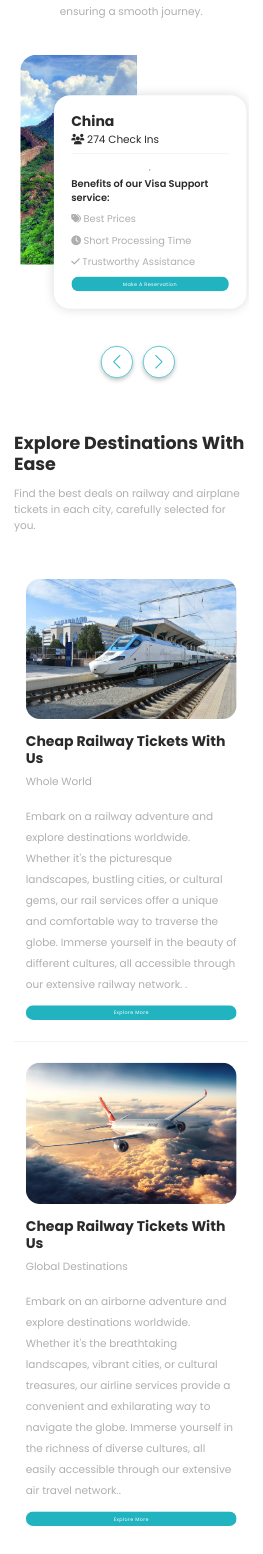
Repository: asadbekdev07/asadbekdev-zamontour-react
Page: /
The author's editor kept a copy of each file at every save. The page is drawn from the files as they stood at one save, then again after the next save.
The browser window is 375 px wide. The pictures show the part of the page from y = 1503 to 3743 px (the page is 3723 px tall before and 3743 px after), at 70% of full size.
The project was rebuilt for these pictures with package versions that can differ from the ones it lists, and the page was loaded fresh each time. Also part of the build but not shown: vite.config.js.

Above is the page before, as saved 2024-05-26 18:49:51.

### index.html
<!doctype html>
<html lang="en">
  <head>
    <meta charset="UTF-8" />
    <link rel="icon" type="image/svg+xml" href="/vite.svg" />
    <meta name="viewport" content="width=device-width, initial-scale=1.0" />
    <title>Vite + React</title>
    <link rel="stylesheet" href="https://cdnjs.cloudflare.com/ajax/libs/font-awesome/6.5.2/css/all.min.css" integrity="sha512-SnH5WK+bZxgPHs44uWIX+LLJAJ9/2PkPKZ5QiAj6Ta86w+fsb2TkcmfRyVX3pBnMFcV7oQPJkl9QevSCWr3W6A==" crossorigin="anonymous" referrerpolicy="no-referrer" />

  </head>
  <body>
    <div id="root"></div>
    <script type="module" src="/src/main.jsx"></script>
  </body>
</html>

### src/main.jsx
import React from 'react'
import ReactDOM from 'react-dom/client'
import App from './assets/components/App'
import './assets/styles/index.css'
import './i18n'

ReactDOM.createRoot(document.getElementById('root')).render(
  <React.StrictMode>
    <App />
  </React.StrictMode>,
)

### src/assets/components/App.jsx
import Destination from "./Destination"
import Offers from "./Offers"
import SiteHeader from "./Site-header"
import SliderHero from "./Slider-hero"
import Visa from "./Visa"

function App() {

  return (
    <>
      <SiteHeader />
      <SliderHero />
      <Offers />
      <Visa />
      <Destination />
    </>
  )
}

export default App

### src/assets/styles/index.css
/* CUSTOM PROPS */
:root {
  --primary-color: #22b3c1;
  --primary-bg-color: #ffffff;
  --border-color: #eeeeee;
  --secondary-text-color: #2a2a2a;
  --grayish-text-color: #afafaf;
  --form-border-color: #e0e0e0;
}

/* FONT-FACE  */
@font-face {
  font-family: "Poppins";
  src: url("../fonts/Poppins-Regular.woff2") format("woff2"), url("../fonts/Poppins-Regular.woff") format("woff");
  font-weight: normal;
  font-style: normal;
  font-display: swap;
}
@font-face {
  font-family: "Poppins";
  src: url("../fonts/Poppins-BoldItalic.woff2") format("woff2"), url("../fonts/Poppins-BoldItalic.woff") format("woff");
  font-weight: bold;
  font-style: italic;
  font-display: swap;
}
@font-face {
  font-family: "Poppins";
  src: url("../fonts/Poppins-SemiBold.woff2") format("woff2"), url("../fonts/Poppins-SemiBold.woff") format("woff");
  font-weight: 600;
  font-style: normal;
  font-display: swap;
}
@font-face {
  font-family: "Poppins";
  src: url("../fonts/Poppins-Medium.woff2") format("woff2"), url("../fonts/Poppins-Medium.woff") format("woff");
  font-weight: 500;
  font-style: normal;
  font-display: swap;
}
@font-face {
  font-family: "Poppins";
  src: url("../fonts/Poppins-Bold.woff2") format("woff2"), url("../fonts/Poppins-Bold.woff") format("woff");
  font-weight: bold;
  font-style: normal;
  font-display: swap;
}

/* GLOBAL  */
html {
  box-sizing: border-box;
  height: 100%;
  scroll-behavior: smooth;
}

*,
*::before,
*::after {
  box-sizing: inherit;
}

:focus {
  outline: 2px dotted var(--primary-color);
  outline-offset: 3px;
}

body {
  display: flex;
  flex-direction: column;
  height: 100%;
  padding: 0;
  margin: 0;
  font-weight: 400;
  font-family: "Poppins", "Arial", sans-serif;
  font-size: 15px;
  background-color: #ffffff;
  color: var(--grayish-text-color);
}

img {
  max-width: 100%;
  height: auto;
}

/* AUTOFILL-STYLES */
/*input:-webkit-autofill,
input:-webkit-autofill:hover,
input:-webkit-autofill:focus,
textarea:-webkit-autofill,
textarea:-webkit-autofill:hover,
textarea:-webkit-autofill:focus,
select:-webkit-autofill,
select:-webkit-autofill:hover,
select:-webkit-autofill:focus {
  border-color: transparent;
  -webkit-text-fill-color: inherit;
  -webkit-box-shadow: 0 0 0px 1000px #fff inset;
}*/


/* PLACEHOLDER-STYLES */
/*::-webkit-input-placeholder,
::-moz-placeholder,
:-ms-input-placeholder,
:-moz-placeholder {
  color: rgba(52, 49, 61, 0.5);
  opacity: 1;
}*/


/* VISUALLY-HIDDEN */
.visually-hidden {
  position: absolute;
  width: 1px;
  height: 1px;
  margin: -1px;
  border: 0;
  padding: 0;
  clip: rect(0 0 0 0);
  overflow: hidden;
}


/* CONTAINER  */
.container {
  width: 100%;
  max-width: 1200px;
  padding-left: 20px;
  padding-right: 20px;
  margin-left: auto;
  margin-right: auto;
}

/* MAIN-CONTENT  */
.main-content {
  flex-grow: 1;
}

/* BUTTON  */
.button {
  padding: 13px 30px;
  margin: 0;
  display: inline-block;
  border-radius: 25px;
  font-weight: 500;
  line-height: 21px;
  font-size: 14px;
  letter-spacing: 0.5px;
  transition: color 0.4s ease;
  text-transform: capitalize;
  border: 1px solid transparent;
  background-color: #22b3c1;
  color: #ffffff;
  overflow: hidden;
  text-decoration: none;
  cursor: pointer;
  white-space: nowrap;
  text-align: center;
}
.button:hover {
  opacity: 0.8;
}
.button:active {
  opacity: 0.6;
}

.button--arrow {
  color: #22b3c1;
  transition: all 0.5s ease;
  text-decoration: none;
}

.button--white {
  background-color: #ffffff;
  color: #22b3c1;
}
.button--white:hover {
  background-color: #22b3c1;
  color: #ffffff;
  opacity: 1;
}

.button--form {
  width: 100%;
  display: block;
}

.button--cta {
  border: 1px solid #e0e0e0;
}
.button--cta:hover {
  background-color: #ffffff;
  color: #22b3c1;
  opacity: 1;
}

/* SITE-HEADER  */
.site-header {
  position: relative;
  padding: 15px 20px;
  background-color: var(--primary-color);
}

.site-header :focus {
  outline: 2px dotted var(--primary-bg-color);
  outline-offset: 3px;
}

.site-header__container {
  display: flex;
  align-items: center;
  justify-content: space-between;
}

.site-header__sitenav {
  display: flex;
  align-items: center;
  justify-content: space-between;
}

.sitenav__list {
  padding: 0;
  margin: 0;
  list-style: none;
  display: flex;
  align-items: center;
}

.sitenav__item {
  margin-right: 30px;
}

.sitenav__link {
  text-decoration: none;
  color: var(--primary-bg-color);
  transition: color 0.4s ease;
}

.sitenav__link:hover {
  color: var(--secondary-text-color);
}

.sitenav__link:active {
  opacity: 0.6;
}

.lang {
  margin: 0;
  padding: 0;
  list-style: none;
  display: flex;
  align-items: center;
}

.lang__item {
  margin-right: 30px;
}

.lang__link {
  text-decoration: none;
  color: var(--primary-bg-color);
  transition: color 0.4s ease;
}

.lang__link:hover {
  color: var(--secondary-text-color);
}

.lang__link:active {
  opacity: 0.6;
}

.social {
  margin: 0;
  padding: 0;
  list-style: none;
  display: flex;
  align-items: center;
}

.social__item:not(:last-child) {
  margin-right: 30px;
}

.social__link {
  display: block;
  text-decoration: none;
}

.social__icon {
  display: block;
  color: var(--primary-bg-color);
}

.fa-telegram {
  transition: color 0.4s ease;
}

.fa-instagram {
  transition: color 0.4s ease;
}

.fa-telegram:hover {
  color: var(--secondary-text-color)
}

.fa-instagram:hover {
  color: var(--secondary-text-color)
}

.site-header__toggler {
  display: none;
  width: 24px;
  height: 22px;
  border: 0;
  background-color: transparent;
  padding: 0;
  margin: 0;
  color: var(--primary-bg-color);
}

/* SLIDER-HERO  */
.slider {
  background-position: center;
  background-repeat: no-repeat;
  background-size: cover;
}

.slider__container {
  width: 90%;
  padding-top: 90px;
  padding-bottom: 90px;
  display: flex;
  flex-direction: column;
  align-items: center;
}

.slider__top {
  padding-top: 50px;
  width: 100%;
  text-align: center;
}

.slider__top-heading {
  margin-top: 0;
  margin-bottom: 20px;
  font-weight: 500;
  font-size: 20px;
  color: var(--primary-bg-color);
}

.slider__top-city {
  margin-top: 0;
  margin-bottom: 30px;
  font-weight: 700;
  font-size: 50px;
  color: var(--primary-bg-color);
}

.slider__bottom {
  width: 100%;
}

.list {
  padding: 0;
  margin: 0;
  list-style: none;
  padding: 30px 60px;
  margin-top: 40px;
  display: flex;
  align-items: center;
  justify-content: space-between;
  border-radius: 60px;
  background-color: var(--primary-bg-color);
}

.list__item-inner {
  display: flex;
  align-items: center;
}
.list__item-inner .fa {
  display: flex;
  align-items: center;
  justify-content: center;
  margin-right: 20px;
  width: 60px;
  height: 60px;
  border-radius: 50%;
  line-height: 50px;
  font-size: 25px;
  text-align: center;
  border: 1px solid var(--primary-color);
  color: var(--primary-color);
}

.list__subheading {
  margin: 0;
  font-weight: 700;
  font-size: 20px;
  line-height: 28px;
  color: var(--primary-color);
}
.list__subheading span {
  font-weight: 400;
  font-size: 15px;
  color: var(--grayish-text-color);
}

.lang__link.selected {
  font-weight: bold;
  color: var(--primary-color);
  text-decoration: underline;
}

/* OFFERS  */
.offers,
.visa {
  position: relative;
  padding-top: 80px;
  padding-bottom: 80px;
}

.offers__content,
.visa__content {
  width: 70%;
  margin-left: 15%;
  margin-right: 15%;
  margin-bottom: 50px;
  text-align: center;
}

.offers__title,
.visa__title {
  margin-top: 0;
  margin-bottom: 20px;
  font-weight: 700;
  font-size: 30px;
  line-height: 36px;
  text-transform: capitalize;
  color: var(--secondary-text-color);
}

.offers__description,
.visa__description {
  line-height: 30px;
}

.offers__card,
.visa__card {
  width: 350px;
  height: 420px;
  border-radius: 8px;
  display: flex;
  cursor: pointer;
  align-items: center;
  justify-content: center;
  flex-direction: column;
  position: relative;
}

.offers__img,
.visa__img {
  height: 300px;
  padding-right: 150px;
  padding-bottom: 120px;
  border-top-left-radius: 23px;
  border-bottom-left-radius: 23px;
}


.visa__img {
  width: 50%;
  object-fit: cover;
}

.inner {
  position: absolute;
  right: 1%;
  display: flex;
  flex-direction: column;
  justify-content: center;
  position: absolute;
  z-index: 10000;
  width: 250px;
  padding: 25px;
  border-radius: 23px;
  box-shadow: 0px 0px 15px rgba(0, 0, 0, 0.15);
  background-color: var(--primary-bg-color);
}

.inner__top {
  display: flex;
  align-items: center;
  justify-content: space-between;
  padding-bottom: 10px;
  position: relative;
  margin-bottom: 15px;
  border-bottom: 1px solid #eee;
}

.inner__top h4 {
  font-size: 20px;
  line-height: 24px;
  color: var(--secondary-text-color);
  margin: 0;
}

.inner__top h6 {
  margin: 0;
  font-weight: 700;
  font-size: 20px;
  line-height: 24px;
  color: var(--primary-color);
}
.inner__top span {
  font-weight: 400;
  font-size: 15px;
  line-height: 18px;
}

.inner__list {
  margin: 0;
  padding: 0;
  list-style: none;
  margin-bottom: 10px;
}

.inner__list li:not(:last-child) {
  margin-bottom: 10px;
}

.inner__list li:not(:first-child) {
  font-size: 14px;
  line-height: 21px;
  color: var(--grayish-text-color);
}

.inner__list-title {
  font-weight: 600;
  font-size: 14px;
  line-height: 20px;
  color: var(--secondary-text-color);
}

.swiper-buttons {
  display: flex;
  justify-content: center;
  position: absolute;
  left: 42%;
  bottom: 10%; /* Adjust as needed */
  width: 15%;
}

.swiper-button-next,
.swiper-button-prev {
  width: 46px;
  height: 46px;
  border-radius: 50%;
  border: 1.5px solid var(--primary-color);
  background-color: var(--primary-bg-color);
  color: var(--primary-color);
  text-align: center;
  line-height: 44px;
  cursor: pointer;
  box-shadow: 0 3px 6px rgba(0, 0, 0, 0.23);
  margin: 0 15px;
  font-size: 20px;
}

.swiper-button-next:hover,
.swiper-button-prev:hover {
  background-color: var(--primary-color);
  color: var(--primary-bg-color);
}

.swiper-button-next::after,
.swiper-button-prev::after {
  font-size: 20px; /* Custom size for the arrow icons */
}

/* DESTINATION  */
.destination {
  padding: 40px;
}

.destination__top {
  width: 100%;
  max-width: 450px;
  margin-bottom: 65px;
}

.destination__top-heading {
  margin: 0;
  margin-bottom: 20px;
  font-weight: 700;
  font-size: 30px;
  line-height: 36px;
  color: #2a2a2a;
}

.destination__top-description {
  margin: 0;
  line-height: 30px;
}

.destination__list {
  padding: 0;
  margin: 0;
  list-style: none;
}

.destination__item {
  display: flex;
}
.destination__item:not(:last-child) {
  padding-bottom: 30px;
  margin-bottom: 30px;
  border-bottom: 1px solid #eeeeee;
}

.destination__img {
  margin-right: 24px;
  border-radius: 20px;
}

.destination__inner {
  width: 75%;
  position: relative;
}

.destination__inner-heading {
  margin: 0;
  margin-bottom: 6px;
  font-weight: 700;
  font-size: 20px;
  line-height: 24px;
  color: #2a2a2a;
}

.destination__inner-span {
  line-height: 30px;
}

.button__wrapper {
  position: absolute;
  top: 0;
  right: 0;
}

.destination__inner-description {
  margin: 0;
  margin-top: 20px;
  line-height: 30px;
}

.destination__responsive-button {
  display: none;
}

@media only screen and (min-width: 1000px) and (max-width: 1200px) {
  .offers__card {
    width: 30%;
  }

  .offers__img {
    height: 300px;
    padding-right: 85px;
    padding-bottom: 120px;
  }

  .inner {
    width: 210px;
    padding: 21px;
  }
}
@media only screen and (max-width: 1000px) {
  .offers__card {
    width: 45%;
  }

  .offers__img {
    height: 300px;
    padding-right: 60px;
    padding-bottom: 120px;
  }

  .inner {
    width: 225px;
    padding: 25px;
  }

  .swiper-buttons {
    left: 45%;
  }

  .swiper-button-next,
  .swiper-button-prev {
    margin: 0 0;
  }
}

@media only screen and (max-width: 1000px) {
  .destination {
    padding-left: 0;
    padding-right: 0;
  }
  .destination__img {
    width: 90%;
    margin-right: 0;
    margin-bottom: 20px;
  }
  .destination__inner {
    width: 90%;
  }
  .destination__item {
    display: flex;
    flex-direction: column;
    align-items: center;
  }
}

@media only screen and (max-width: 900px) {
  .site-header__sitenav {
    display: none;
  }

  .site-header__toggler {
    display: block;
  }

  .site-header.is-open .site-header__sitenav {
    z-index: 1000;
    width: 90%;
    display: flex;
    flex-direction: column;
    position: absolute;
    top: 90%;
    left: 5%;
    right: 5%;
    background-color: var(--primary-bg-color);
  }

  .site-header.is-open .sitenav {
    width: 100%;
  }

  .site-header.is-open .sitenav__list,
  .site-header.is-open .social,
  .site-header.is-open .lang {
    display: flex;
    flex-direction: column;
    width: 100%;
  }

  .site-header.is-open .sitenav__item,
  .site-header.is-open .lang__item,
  .site-header.is-open .social__item {
    width: 100%;
    margin: 0;
    padding-top: 8px;
    padding-bottom: 8px;
    border-bottom: 1px solid var(--form-border-color);
    text-align: center;
  }

  .site-header.is-open .sitenav__link,
  .site-header.is-open .lang__link,
  .site-header.is-open .social__link,
  .site-header.is-open .social__icon {
    color: var(--secondary-text-color);
  }

  .site-header.is-open .lang__link:hover,
  .site-header.is-open .social__link:hover,
  .site-header.is-open .social__icon:hover {
    color: var(--primary-color);
  }
  /* LIST */
  .list__subheading {
    font-size: 15px;
    line-height: 18px;
  }
  .list__subheading span {
    font-size: 12px;
  }
  .list__item-inner .fa {
    margin-right: 15px;
    width: 50px;
    height: 50px;
    border-radius: 50%;
    line-height: 40px;
    font-size: 20px;
  }
}

@media only screen and (max-width: 800px) {
  .button {
    padding: 10px 20px;
    border-radius: 20px;
    font-weight: 400;
    line-height: 15px;
    font-size: 13px;
    letter-spacing: 0.5px;
  }
  /* SLIDER  */
  .slider__top-heading {
    margin-bottom: 18px;
    font-weight: 500;
    font-size: 16px;
  }
  .slider__top-city {
    margin-top: 0;
    margin-bottom: 25px;
    font-weight: 700;
    font-size: 40px;
  }

  .swiper-button-next,
  .swiper-button-prev {
    margin: 0 -8px;
  }
}

@media only screen and (min-width: 500px) and (max-width: 700px) {
  .offers__img,
  .visa__img {
    padding-right: 120px;
  }
  .inner {
    width: 275px;
    margin-right: 30px;
  }
}

@media only screen and (max-width: 700px) {
  .list {
    padding: 20px 40px;
    margin-top: 30px;
    border-radius: 50px;
  }
  .list__item-inner .fa {
    margin-right: 12px;
    width: 35px;
    height: 35px;
    border-radius: 50%;
    line-height: 25px;
    font-size: 15px;
  }
  .list__subheading {
    font-size: 13px;
    line-height: 15px;
  }
  .list__subheading span {
    font-size: 10px;
  }
  .offers__content {
    width: 90%;
    margin-left: 5px;
    margin-right: 5px;
  }
  .offers__title,
  .visa__title {
    font-size: 25px;
  }
  .offers__description,
  .visa__description {
    line-height: 25px;
  }
  .offers__img {
    width: 300px;
  }
  .swiper-button-next,
  .swiper-button-prev {
    margin: 0 -12px;
  }
}

@media only screen and (max-width: 600px) {
  .button {
    padding: 8px 18px;
    border-radius: 18px;
    font-weight: 400;
    line-height: 10px;
    font-size: 10px;
    letter-spacing: 0.5px;
  }
  /* SLIDER  */
  .slider {
    padding-top: 0;
    padding-bottom: 0;
  }
  .slider__top {
    padding-top: 20px;
  }
  .slider__top-heading {
    margin-bottom: 14px;
    font-weight: 500;
    font-size: 12px;
  }
  .slider__top-city {
    margin-top: 0;
    margin-bottom: 20px;
    font-weight: 700;
    font-size: 30px;
  }
  /* LIST  */
  .list__item-inner .fa {
    margin-right: 10px;
    width: 30px;
    height: 30px;
    border-radius: 50%;
    line-height: 20px;
    font-size: 12px;
  }
  .list__subheading {
    font-size: 10px;
    line-height: 12px;
  }
  .list__subheading span {
    font-size: 8px;
  }
  .swiper-button-next,
  .swiper-button-prev {
    margin: 0 -20px;
  }
  .destination__button {
    display: none;
  }
  .destination__inner-description {
    margin-bottom: 15px;
  }
  .destination__responsive-button {
    display: block;
  }
}

@media only screen and (max-width: 500px) {
  .button {
    padding: 6px 12px;
    border-radius: 15px;
    font-weight: 400;
    line-height: 1;
    font-size: 7px;
    letter-spacing: 0.5px;
  }
  /* SLIDER  */

  .slider__container {
    padding-top: 50px;
    padding-bottom: 50px;
  }
  /* LIST  */
  .list {
    padding: 15px 22px;
    margin-top: 25px;
    border-radius: 40px;
  }
  .list__item-inner .fa {
    margin-right: 5px;
    width: 20px;
    height: 20px;
    border-radius: 50%;
    line-height: 10px;
    font-size: 8px;
  }
  .list__subheading {
    font-size: 7px;
    line-height: 1;
  }
  .list__subheading span {
    font-size: 5px;
  }
  .offers__img {
    width: 230px;
  }
  .swiper-button-next,
  .swiper-button-prev {
    margin: 0 -35px;
  }
  .destination__top-heading {
    font-size: 25px;
    line-height: 30px;
    margin-bottom: 15px;
  }
}

@media
only screen and (-webkit-min-device-pixel-ratio: 2),
only screen and (   min--moz-device-pixel-ratio: 2),
only screen and (     -o-min-device-pixel-ratio: 2/1),
only screen and (        min-device-pixel-ratio: 2),
only screen and (                min-resolution: 192dpi),
only screen and (                min-resolution: 2dppx) {

}

### src/i18n.jsx
import i18n from 'i18next';
import { initReactI18next } from 'react-i18next';
import Backend from 'i18next-http-backend';
import laungageDetector from 'i18next-browser-languagedetector';
import enLang from '../public/locales/en.json'
import uzLang from '../public/locales/uz.json'
import ruLang from '../public/locales/ru.json'

i18n
.use(Backend)
.use(laungageDetector)
.use(initReactI18next)
.init({
  fallbackLng: 'en',
  lng: 'en',
  debug: true,
  resources: {
    en:{translation: enLang},
    uz:{translation: uzLang},
    ru:{translation: ruLang}
  }
})

export default i18n;

### src/assets/components/Destination.jsx
import afrasiab from "/img/afr.jpg";
import airplane from "/img/airplane.jpg";

const destinationData = [
  { img: afrasiab, heading: "Cheap Railway Tickets With Us", subheading: "Whole World", text: "Embark on a railway adventure and explore destinations worldwide. Whether it's the picturesque landscapes, bustling cities, or cultural gems, our rail services offer a unique and comfortable way to traverse the globe. Immerse yourself in the beauty of different cultures, all accessible through our extensive railway network. ." },
  { img: airplane, heading: "Cheap Railway Tickets With Us", subheading: "Global Destinations", text: "Embark on an airborne adventure and explore destinations worldwide. Whether it's the breathtaking landscapes, vibrant cities, or cultural treasures, our airline services provide a convenient and exhilarating way to navigate the globe. Immerse yourself in the richness of diverse cultures, all easily accessible through our extensive air travel network.." },
]

const Destination = () => {
  return (
    <section className="destination">
      <div className="container">
        <div className="destination__top">
          <h2 className="destination__top-heading">Explore Destinations With Ease</h2>
          <p className="destination__top-text">Find the best deals on railway and airplane tickets in each city, carefully selected for you.</p>
        </div>

        <ul className="destination__list">
          {destinationData.map((destination, index) =>(
            <li key={index} className="destination__item">
            <img className="destination__img" src={destination.img} alt="Airplane img" width={340} height={228}/>
            <div className="destination__inner">
              <h3 className="destination__inner-heading">{destination.heading}</h3>
              <span className="destination__inner-span">{destination.subheading}</span>
              <div className="button__wrapper">
                <a className="button destination__button" href="#contact">Explore More</a>
              </div>
              <p className="destination__inner-description">{destination.text}</p>
              <a className="button destination__responsive-button" href="#contact">Explore More</a>
            </div>
          </li>
          ))}
        </ul>
      </div>
    </section>
  )
}

export default Destination

### src/assets/components/Slider-hero.jsx
import React from 'react';
import { Swiper, SwiperSlide } from 'swiper/react';
import 'swiper/css';
import 'swiper/css/pagination';
import 'swiper/css/navigation';


import { Autoplay, Pagination, Navigation } from 'swiper/modules';

import istanbulImg from '/img/istanbul.jpg';
import antalyaImg from '/img/antalya.jpg';
import dubaiImg from '/img/dubai2.jpg';
import sharmImg from '/img/sharm.jpg';

const slidesData = [
  {
    img: istanbulImg,
    city: 'Istanbul',
    population: '15.5 M',
    territory: '5.461 km²',
    avgPrice: '$946.000'
  },
  {
    img: antalyaImg,
    city: 'Antalya',
    population: '1.5 M',
    territory: '1.417 km²',
    avgPrice: '$1.100.200'
  },
  {
    img: dubaiImg,
    city: 'Dubai',
    population: '3.3 M',
    territory: '35 km²',
    avgPrice: '$425.000'
  },
  {
    img: sharmImg,
    city: 'Sharm El-Sheikh',
    population: '0.07 M',
    territory: '45 km²',
    avgPrice: '$165.450'
  }
];

const SlideContent = ({ img, city, population, territory, avgPrice }) => (
  <section className="slider" style={{ backgroundImage: `url(${img})` }}>
    <div className="container slider__container">
      <div className="slider__top">
        <h3 className="slider__top-heading">Take a Glimpse Into The Beautiful City Of:</h3>
        <h2 className="slider__top-city">{city}</h2>
        <a className="button button--cta" href="#contact">Go There</a>
      </div>
      <div className="slider__bottom">
        <ul className="slider__bottom-list list">
          <li className="list__item">
            <div className="list__item-inner">
              <i className="fa fa-user"></i>
              <h4 className="list__subheading">
                <span>Population:</span><br />{population}
              </h4>
            </div>
          </li>
          <li className="list__item">
            <div className="list__item-inner">
              <i className="fa fa-globe"></i>
              <h4 className="list__subheading">
                <span>Territory:</span><br />{territory}
              </h4>
            </div>
          </li>
          <li className="list__item">
            <div className="list__item-inner">
              <i className="fa fa-home"></i>
              <h4 className="list__subheading">
                <span>Avg Price:</span><br />{avgPrice}
              </h4>
            </div>
          </li>
          <div className="list__item-inner">
            <a className="button" href="#contact">Explore More</a>
          </div>
        </ul>
      </div>
    </div>
  </section>
);

export default function SliderHero() {
  return (
    <Swiper
      spaceBetween={5}
      centeredSlides={true}
      autoplay={{
        delay: 5500,
        disableOnInteraction: false,
      }}
      pagination={{
        clickable: true,
      }}
      loop={true}
      navigation={false}
      modules={[Autoplay, Pagination, Navigation]}
      className="mySwiper"
    >
      {slidesData.map((slide, index) => (
        <SwiperSlide key={index}>
          <SlideContent {...slide} />
        </SwiperSlide>
      ))}
    </Swiper>
  );
}

Loaded but not shown: public/locales/uz.json (12 lines, source omitted); public/locales/en.json (12 lines, source omitted); public/locales/ru.json (12 lines, source omitted); src/assets/components/Site-header.jsx (106 lines, source omitted); src/assets/components/Offers.jsx (86 lines, source omitted); src/assets/components/Visa.jsx (86 lines, source omitted)

After the next save:
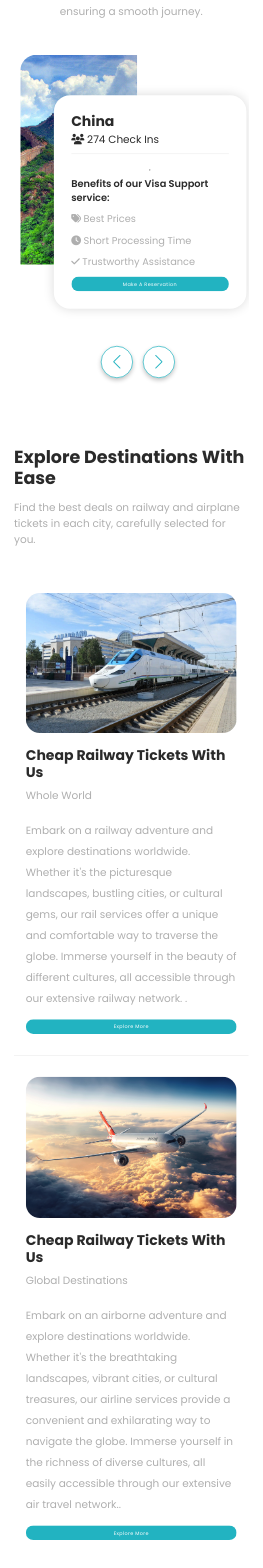
Saved 49 s later.
--- a/src/assets/styles/index.css
+++ b/src/assets/styles/index.css
@@ -976,6 +976,10 @@ select:-webkit-autofill:focus {
   .swiper-button-prev {
     margin: 0 -35px;
   }
+  .destination {
+    padding-top: 60px;
+  }
+
   .destination__top-heading {
     font-size: 25px;
     line-height: 30px;
